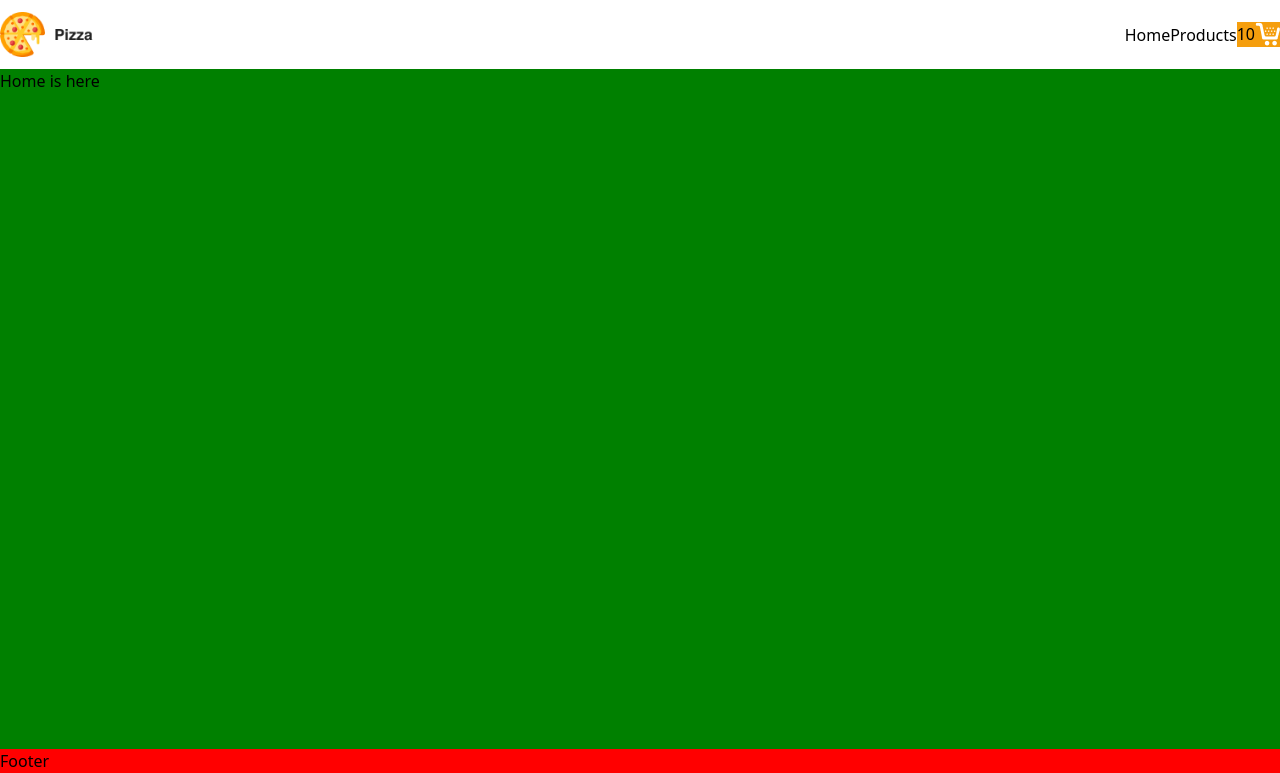
Repository: yuv-raj-25/pizza-youtube
Page: /
An editor plug-in stored every save of this project. The page is shown before and after a run of saves, followed by the edit.
The browser window is 1280 px wide. The pictures show the whole page.
Some web libraries are served in a nearby version. The project was rebuilt for these pictures with package versions that can differ from the ones it lists, and the page was loaded fresh each time. Also part of the build but not shown: src/pages/About.jsx.

Above is the page before, as saved 2023-08-16 19:40:24.

### src/App.jsx
import { BrowserRouter as Router, Routes, Route } from 'react-router-dom'
import Home from './pages/Home'
import About from './pages/About'
import Navbar from './pages/Navbar'
import Footer from './pages/Footer'

function App() {

  return (
    <>
      <Router>

        <Navbar />


        <main>
          <Routes>
            <Route path='/' element={<Home/>} exact ></Route>
            <Route path='/about' element={<About/>}></Route>
          </Routes>
        </main>


        <Footer />


      </Router>

    </>
  )
}

export default App

### src/index.css
*{
    margin: 0;
    padding: 0;
}
main{
    background:green;
    min-height: calc(100vh - 30px - 10px);
}

### src/pages/Home.jsx
import React from 'react'
import {Link} from 'react-router-dom'


const Home = () => {
    return(
        <>

        {/* <Link to ='/'>Home</Link> */}
        Home is here

        </>
    )



}

export default Home

### src/pages/Navbar.jsx
import React from 'react'
import {Link} from 'react-router-dom'

const Navbar = () => {
  const cartstyle = {
    background:"#F59E0D",
    display: "flex",


  }
  return (
    <>
     <nav className="container mx-auto flex items-center justify-between py-3">
          <Link to="/">
            <img style={{height:45}} src="/images/logo.png" alt="logo" />
          </Link>

          <ul className="flex items-center">
            <li><Link to = "/">Home</Link></li>
            <li><Link to = "/Products">Products</Link></li>

            <li>
              <Link to = "/Cart">
              <div style={cartstyle}>
                <span >10</span>
                <img src="/images/cart.png" alt="cart-icon" />
              </div>
              </Link>


            </li>
          </ul>
     </nav>
    </>
  )
}

export default Navbar

### src/pages/Footer.js
import React from 'react'

const Footer = () => {
  return (
    <div style={{background:'red'}}>Footer</div>
  )
}

export default Footer

Loaded but not shown: index.html (common file); src/main.jsx (common file)

After the next 7 saves:
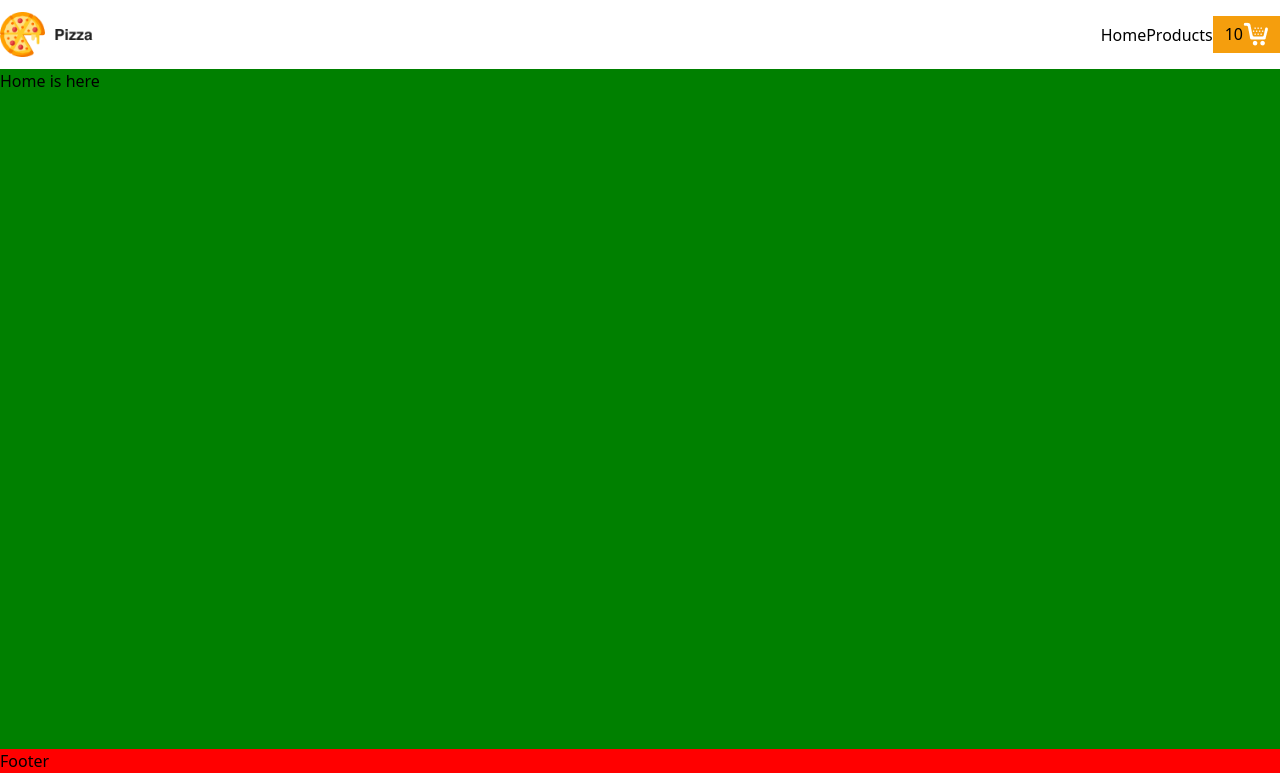
The 7 saves are shown as one change because they came seconds apart.
The last was saved 45 s later.
--- a/src/pages/Navbar.jsx
+++ b/src/pages/Navbar.jsx
@@ -5,6 +5,7 @@ const Navbar = () => {
   const cartstyle = {
     background:"#F59E0D",
     display: "flex",
+    padding: "6px 12px"
 
 
   }
